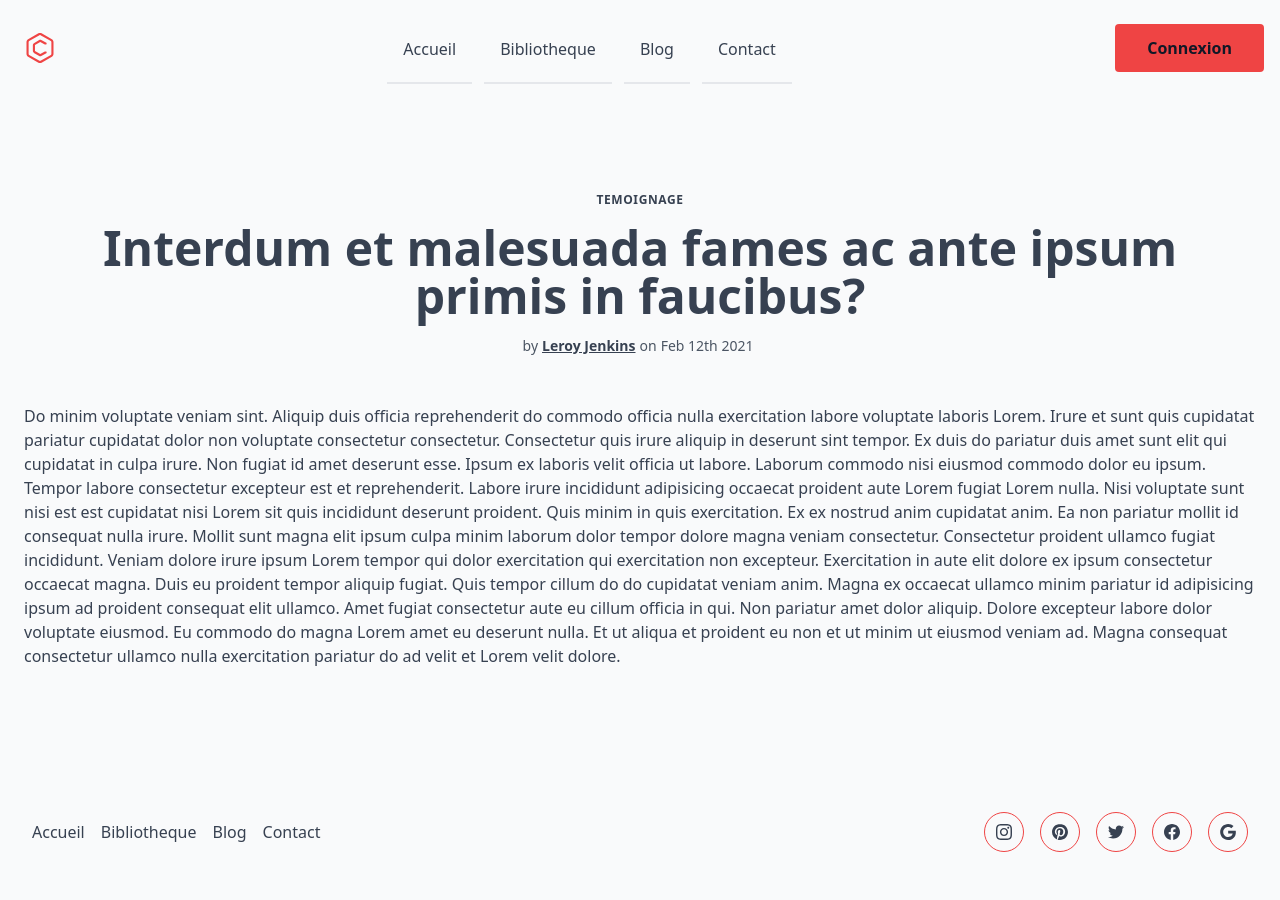
Repository: erulabs243/museum
Page: /stories/un-simple-slug
The author's editor kept a copy of each file at every save. The page is drawn from the files as they stood at one save, then again after the next save.
The browser window is 1280 px wide. The pictures show the whole page.
The project was rebuilt for these pictures with package versions that can differ from the ones it lists, and the page was loaded fresh each time. Also part of the build but not shown: vite.config.js, src/pages/admin/Home.jsx, src/pages/commons/NotFound.jsx, src/components/atoms/TagBadge.jsx, src/components/atoms/MyAudioPlayer.jsx, src/components/atoms/MyVideoPlayer.jsx, src/components/atoms/MediaCard.jsx, src/components/sections/Testimonial.jsx and 15 more.

Above is the page before, as saved 2022-08-10 12:42:58.

### index.html
<!DOCTYPE html>
<html lang="en">
  <head>
    <meta charset="UTF-8" />
    <link rel="icon" type="image/svg+xml" href="/vite.svg" />
    <link rel="stylesheet" href="src/theme/App.css">
    <meta name="viewport" content="width=device-width, initial-scale=1.0" />
    <title>Museum...</title>
  </head>
  <body class="bg-gray-50">
    <div id="root"></div>
    <script type="module" src="/src/main.jsx"></script>
  </body>
</html>

### src/App.jsx
'use strict';

import {BrowserRouter, Route, Routes} from 'react-router-dom';
import { AdminRoutes, CommonsRoutes, UserRoutes, AuthRoutes } from './routes';

const App = () => {
  return (
      <BrowserRouter>
        <Routes>
          {AuthRoutes.map(route => <Route path={route.path} key={route.path} element={route.element} />)}
          {UserRoutes.map(route => <Route path={route.path} key={route.path} element={route.element} />)}
          {AdminRoutes.map(route => <Route path={route.path} key={route.path} element={route.element} />)}
          {CommonsRoutes.map(route => <Route path={route.path} key={route.path} element={route.element} />)}
        </Routes>
      </BrowserRouter>
  );
};

export default App

### src/routes/index.jsx
'use strict';

import AdminRoutes from "./AdminRoutes";
import CommonsRoutes from "./CommonsRoutes";
import UserRoutes from "./UserRoutes";
import AuthRoutes from "./AuthRoutes";

export {UserRoutes, AdminRoutes, CommonsRoutes, AuthRoutes};

### src/routes/AdminRoutes.jsx
'use strict';

import { Home } from "../pages/admin";

const AdminRoutes = [
    {
        path: '/admin',
        element: <Home />
    }
];

export default AdminRoutes;

### src/routes/CommonsRoutes.jsx
'use strict';

import {NotFound} from '../pages/commons';

const CommonsRoutes = [
    {
        path: '*',
        element: <NotFound />
    }
]

export default CommonsRoutes;

### src/routes/UserRoutes.jsx
'use strict';

import {
    Blog,
    Contact,
    Gallery,
    Home,
    Library,
    Podcast,
    Story,
    Testimonials,
    Videos
} from '../pages/user';

const UserRoutes = [
    {
        path: '/',
        element: <Home />
    },
    {
        path: '/contact',
        element: <Contact />
    },
    {
        path: '/library',
        element: <Library />
    },
    {
        path: '/stories',
        element: <Testimonials />
    },
    {
        path: '/stories/:slug',
        element: <Story />
    },
    {
        path: '/gallery',
        element: <Gallery />
    },
    {
        path: '/videos',
        element: <Videos />
    },
    {
        path: '/podcast',
        element: <Podcast />
    },
    {
        path: '/blog',
        element: <Blog />
    }
];

export default UserRoutes;

### src/routes/AuthRoutes.jsx
'use strict';

import {Login} from '../pages/auth';

const AuthRoutes = [
    {
        path: '/login',
        element: <Login />
    }
];

export default AuthRoutes;

### src/pages/admin/index.jsx
'use strict';

import Home from './Home';

export {Home};

### src/pages/commons/index.jsx
'use strict';

import NotFound from './NotFound';

export {NotFound};

### src/pages/user/index.jsx
'use strict';

import Blog from './Blog';
import Contact from './Contact';
import Gallery from './Gallery';
import Library from './Library';
import Podcast from './Podcast';
import Testimonials from './Testimonials';
import Videos from './Videos';
import Home from './Home';
import Story from './Story';

export { Home, Blog, Contact, Gallery, Library, Podcast, Testimonials, Videos, Story };

### src/pages/auth/index.jsx
'use strict';

import Login from "./Login";

export {Login};

### src/pages/user/Story.jsx
'use strict';

import { Navbar, Footer } from '../../components/sections';

const Story = () => {
    return (
        <main>
            <Navbar />

            <article className="max-w-2xl px-6 py-24 mx-auto space-y-12 bg-gray-50 text-gray-700">
                <div className="w-full mx-auto space-y-4 text-center">
                    <p className="text-xs font-semibold tracking-wider uppercase">Temoignage</p>
                    <h1 className="text-4xl font-bold leading-tight md:text-5xl">
                        Interdum et malesuada fames ac ante ipsum primis in faucibus?
                    </h1>
                    <p className="text-sm text-gray-600">
                        by
                        <span className="mx-1 underline text-gray-700 font-semibold">
                            <span itemProp="name">Leroy Jenkins</span>
                        </span>
                        on
                        <time dateTime="2021-02-12 15:34:18-0200" className="mx-1">
                            Feb 12th 2021
                        </time>
                    </p>
                </div>
                <div className="text-gray-700">
                    <p>
                        Do minim voluptate veniam sint. Aliquip duis officia reprehenderit do
                        commodo officia nulla exercitation labore voluptate laboris Lorem. Irure et
                        sunt quis cupidatat pariatur cupidatat dolor non voluptate consectetur
                        consectetur. Consectetur quis irure aliquip in deserunt sint tempor. Ex duis
                        do pariatur duis amet sunt elit qui cupidatat in culpa irure. Non fugiat id
                        amet deserunt esse. Ipsum ex laboris velit officia ut labore. Laborum
                        commodo nisi eiusmod commodo dolor eu ipsum. Tempor labore consectetur
                        excepteur est et reprehenderit. Labore irure incididunt adipisicing occaecat
                        proident aute Lorem fugiat Lorem nulla. Nisi voluptate sunt nisi est est
                        cupidatat nisi Lorem sit quis incididunt deserunt proident. Quis minim in
                        quis exercitation. Ex ex nostrud anim cupidatat anim. Ea non pariatur mollit
                        id consequat nulla irure. Mollit sunt magna elit ipsum culpa minim laborum
                        dolor tempor dolore magna veniam consectetur. Consectetur proident ullamco
                        fugiat incididunt. Veniam dolore irure ipsum Lorem tempor qui dolor
                        exercitation qui exercitation non excepteur. Exercitation in aute elit
                        dolore ex ipsum consectetur occaecat magna. Duis eu proident tempor aliquip
                        fugiat. Quis tempor cillum do do cupidatat veniam anim. Magna ex occaecat
                        ullamco minim pariatur id adipisicing ipsum ad proident consequat elit
                        ullamco. Amet fugiat consectetur aute eu cillum officia in qui. Non pariatur
                        amet dolor aliquip. Dolore excepteur labore dolor voluptate eiusmod. Eu
                        commodo do magna Lorem amet eu deserunt nulla. Et ut aliqua et proident eu
                        non et ut minim ut eiusmod veniam ad. Magna consequat consectetur ullamco
                        nulla exercitation pariatur do ad velit et Lorem velit dolore.
                    </p>
                </div>
            </article>

            <Footer />
        </main>
    );
};

export default Story;

### src/components/sections/index.jsx
'use strict';

import Navbar from './Navbar';
import Footer from './Footer';
import Testimonial from './Testimonial';
import LibraryHeader from './LibraryHeader';
import Pagination from './Pagination';
import Article from './Article';
import Image from './Image';
import Modal from './Modal';

export { Navbar, Footer, Testimonial, LibraryHeader, Pagination, Article, Image, Modal };

### src/components/atoms/index.jsx
'use strict';

import NavLink from './headers/NavLink';
import Button from './headers/Button';
import TagBadge from './TagBadge';
import MyAudioPlayer from './MyAudioPlayer';
import MyVideoPlayer from './MyVideoPlayer';
import MediaCard from './MediaCard';

export { Button, NavLink, TagBadge, MyAudioPlayer, MyVideoPlayer, MediaCard };

### src/components/sections/Navbar.jsx
'use strict';

import { Button, NavLink } from '../atoms';

const setActiveMenu = (menu) => {
    let url = window.location.href;
    url = url.substring(url.lastIndexOf('/') + 1);
    if (['stories', 'podcast', 'gallery', 'videos'].includes(url)) url = 'library';

    return menu == 'home' && url == '' ? true : url.includes(menu);
};

const Navbar = () => {
    return (
        <header className="p-4 sticky top-0 bg-gray-50 text-gray-700">
            <div className="container flex justify-between h-16 mx-auto">
                <a
                    rel="noopener noreferrer"
                    href="#"
                    aria-label="Back to homepage"
                    className="flex items-center p-2">
                    <svg
                        xmlns="http://www.w3.org/2000/svg"
                        fill="currentColor"
                        viewBox="0 0 32 32"
                        className="w-8 h-8 text-red-500">
                        <path d="M27.912 7.289l-10.324-5.961c-0.455-0.268-1.002-0.425-1.588-0.425s-1.133 0.158-1.604 0.433l0.015-0.008-10.324 5.961c-0.955 0.561-1.586 1.582-1.588 2.75v11.922c0.002 1.168 0.635 2.189 1.574 2.742l0.016 0.008 10.322 5.961c0.455 0.267 1.004 0.425 1.59 0.425 0.584 0 1.131-0.158 1.602-0.433l-0.014 0.008 10.322-5.961c0.955-0.561 1.586-1.582 1.588-2.75v-11.922c-0.002-1.168-0.633-2.189-1.573-2.742zM27.383 21.961c0 0.389-0.211 0.73-0.526 0.914l-0.004 0.002-10.324 5.961c-0.152 0.088-0.334 0.142-0.53 0.142s-0.377-0.053-0.535-0.145l0.005 0.002-10.324-5.961c-0.319-0.186-0.529-0.527-0.529-0.916v-11.922c0-0.389 0.211-0.73 0.526-0.914l0.004-0.002 10.324-5.961c0.152-0.090 0.334-0.143 0.53-0.143s0.377 0.053 0.535 0.144l-0.006-0.002 10.324 5.961c0.319 0.185 0.529 0.527 0.529 0.916z"></path>
                        <path d="M22.094 19.451h-0.758c-0.188 0-0.363 0.049-0.515 0.135l0.006-0.004-4.574 2.512-5.282-3.049v-6.082l5.282-3.051 4.576 2.504c0.146 0.082 0.323 0.131 0.508 0.131h0.758c0.293 0 0.529-0.239 0.529-0.531v-0.716c0-0.2-0.11-0.373-0.271-0.463l-0.004-0.002-5.078-2.777c-0.293-0.164-0.645-0.26-1.015-0.26-0.39 0-0.756 0.106-1.070 0.289l0.010-0.006-5.281 3.049c-0.636 0.375-1.056 1.055-1.059 1.834v6.082c0 0.779 0.422 1.461 1.049 1.828l0.009 0.006 5.281 3.049c0.305 0.178 0.67 0.284 1.061 0.284 0.373 0 0.723-0.098 1.027-0.265l-0.012 0.006 5.080-2.787c0.166-0.091 0.276-0.265 0.276-0.465v-0.716c0-0.293-0.238-0.529-0.529-0.529z"></path>
                    </svg>
                </a>
                <ul className="items-stretch hidden space-x-3 lg:flex">
                    <li className="flex">
                        <NavLink
                            link={{ name: 'Accueil', path: '', active: setActiveMenu('home') }}
                        />
                    </li>
                    <li className="flex">
                        <NavLink
                            link={{
                                name: 'Bibliotheque',
                                path: 'stories',
                                active: setActiveMenu('library')
                            }}
                        />
                    </li>
                    <li className="flex">
                        <NavLink
                            link={{ name: 'Blog', path: 'blog', active: setActiveMenu('blog') }}
                        />
                    </li>
                    <li className="flex">
                        <NavLink
                            link={{
                                name: 'Contact',
                                path: 'contact',
                                active: setActiveMenu('contact')
                            }}
                        />
                    </li>
                </ul>
                <div className="items-center flex-shrink-0 hidden lg:flex">
                    {/* <button className="self-center px-8 py-3 rounded">Sign in</button> */}
                    <Button link={{ name: 'Connexion' }} />
                </div>
                <button className="p-4 lg:hidden">
                    <svg
                        xmlns="http://www.w3.org/2000/svg"
                        fill="none"
                        viewBox="0 0 24 24"
                        stroke="currentColor"
                        className="w-6 h-6 text-gray-100">
                        <path
                            strokeLinecap="round"
                            strokeLinejoin="round"
                            strokeWidth="2"
                            d="M4 6h16M4 12h16M4 18h16"></path>
                    </svg>
                </button>
            </div>
        </header>
    );
};

export default Navbar;

### src/components/sections/Footer.jsx
'use strict';

import { Link } from 'react-router-dom';

const Footer = () => {
  return (
    <footer className="bg-gray-50 text-gray-700">
      <div className="container flex flex-col p-4 mx-auto md:p-8 lg:flex-row divide-gray-400">
        <ul className="self-center py-6 space-y-4 text-center sm:flex sm:space-y-0 sm:justify-around sm:space-x-4 lg:flex-1 lg:justify-start">
          <li>
            <Link to="/" className="hover:text-red-500">
              Accueil
            </Link>
          </li>
          <li>
            <Link to="/library" className="hover:text-red-500">
              Bibliotheque
            </Link>
          </li>
          <li>
            <Link to="/blog" className="hover:text-red-500">
              Blog
            </Link>
          </li>
          <li>
            <Link to="/contact" className="hover:text-red-500">
              Contact
            </Link>
          </li>
        </ul>
        <div className="flex flex-col justify-center pt-6 lg:pt-0">
          <div className="flex justify-center space-x-4">
            <a
              rel="noopener noreferrer"
              href="#"
              title="Instagram"
              className="flex items-center justify-center w-8 h-8 rounded-full sm:w-10 sm:h-10 border-red-500 border hover:bg-red-500 hover:text-gray-100 text-gray-700">
              <svg
                xmlns="http://www.w3.org/2000/svg"
                viewBox="0 0 32 32"
                fill="currentColor"
                className="w-4 h-4">
                <path d="M16 0c-4.349 0-4.891 0.021-6.593 0.093-1.709 0.084-2.865 0.349-3.885 0.745-1.052 0.412-1.948 0.959-2.833 1.849-0.891 0.885-1.443 1.781-1.849 2.833-0.396 1.020-0.661 2.176-0.745 3.885-0.077 1.703-0.093 2.244-0.093 6.593s0.021 4.891 0.093 6.593c0.084 1.704 0.349 2.865 0.745 3.885 0.412 1.052 0.959 1.948 1.849 2.833 0.885 0.891 1.781 1.443 2.833 1.849 1.020 0.391 2.181 0.661 3.885 0.745 1.703 0.077 2.244 0.093 6.593 0.093s4.891-0.021 6.593-0.093c1.704-0.084 2.865-0.355 3.885-0.745 1.052-0.412 1.948-0.959 2.833-1.849 0.891-0.885 1.443-1.776 1.849-2.833 0.391-1.020 0.661-2.181 0.745-3.885 0.077-1.703 0.093-2.244 0.093-6.593s-0.021-4.891-0.093-6.593c-0.084-1.704-0.355-2.871-0.745-3.885-0.412-1.052-0.959-1.948-1.849-2.833-0.885-0.891-1.776-1.443-2.833-1.849-1.020-0.396-2.181-0.661-3.885-0.745-1.703-0.077-2.244-0.093-6.593-0.093zM16 2.88c4.271 0 4.781 0.021 6.469 0.093 1.557 0.073 2.405 0.333 2.968 0.553 0.751 0.291 1.276 0.635 1.844 1.197 0.557 0.557 0.901 1.088 1.192 1.839 0.22 0.563 0.48 1.411 0.553 2.968 0.072 1.688 0.093 2.199 0.093 6.469s-0.021 4.781-0.099 6.469c-0.084 1.557-0.344 2.405-0.563 2.968-0.303 0.751-0.641 1.276-1.199 1.844-0.563 0.557-1.099 0.901-1.844 1.192-0.556 0.22-1.416 0.48-2.979 0.553-1.697 0.072-2.197 0.093-6.479 0.093s-4.781-0.021-6.48-0.099c-1.557-0.084-2.416-0.344-2.979-0.563-0.76-0.303-1.281-0.641-1.839-1.199-0.563-0.563-0.921-1.099-1.197-1.844-0.224-0.556-0.48-1.416-0.563-2.979-0.057-1.677-0.084-2.197-0.084-6.459 0-4.26 0.027-4.781 0.084-6.479 0.083-1.563 0.339-2.421 0.563-2.979 0.276-0.761 0.635-1.281 1.197-1.844 0.557-0.557 1.079-0.917 1.839-1.199 0.563-0.219 1.401-0.479 2.964-0.557 1.697-0.061 2.197-0.083 6.473-0.083zM16 7.787c-4.541 0-8.213 3.677-8.213 8.213 0 4.541 3.677 8.213 8.213 8.213 4.541 0 8.213-3.677 8.213-8.213 0-4.541-3.677-8.213-8.213-8.213zM16 21.333c-2.948 0-5.333-2.385-5.333-5.333s2.385-5.333 5.333-5.333c2.948 0 5.333 2.385 5.333 5.333s-2.385 5.333-5.333 5.333zM26.464 7.459c0 1.063-0.865 1.921-1.923 1.921-1.063 0-1.921-0.859-1.921-1.921 0-1.057 0.864-1.917 1.921-1.917s1.923 0.86 1.923 1.917z"></path>
              </svg>
            </a>
            <a
              rel="noopener noreferrer"
              href="#"
              title="Pinterest"
              className="flex items-center justify-center w-8 h-8 rounded-full sm:w-10 sm:h-10 border-red-500 border hover:bg-red-500 hover:text-gray-100 text-gray-700">
              <svg
                xmlns="http://www.w3.org/2000/svg"
                fill="currentColor"
                viewBox="0 0 32 32"
                className="w-4 h-4">
                <path d="M16.021 0c-8.828 0-15.984 7.156-15.984 15.984 0 6.771 4.214 12.552 10.161 14.88-0.141-1.266-0.266-3.203 0.052-4.583 0.292-1.25 1.875-7.943 1.875-7.943s-0.479-0.964-0.479-2.375c0-2.219 1.292-3.88 2.891-3.88 1.365 0 2.026 1.021 2.026 2.25 0 1.37-0.87 3.422-1.323 5.323-0.38 1.589 0.797 2.885 2.365 2.885 2.839 0 5.026-2.995 5.026-7.318 0-3.813-2.75-6.49-6.677-6.49-4.547 0-7.214 3.417-7.214 6.932 0 1.375 0.526 2.854 1.188 3.651 0.13 0.161 0.146 0.302 0.109 0.464-0.12 0.5-0.391 1.599-0.443 1.818-0.073 0.297-0.229 0.359-0.536 0.219-1.99-0.922-3.245-3.839-3.245-6.193 0-5.036 3.667-9.672 10.563-9.672 5.542 0 9.854 3.958 9.854 9.229 0 5.516-3.474 9.953-8.307 9.953-1.62 0-3.141-0.839-3.677-1.839l-1 3.797c-0.359 1.391-1.339 3.135-2 4.193 1.5 0.458 3.078 0.714 4.734 0.714 8.813 0 15.979-7.151 15.979-15.984 0-8.828-7.167-15.979-15.979-15.979z"></path>
              </svg>
            </a>
            <a
              rel="noopener noreferrer"
              href="#"
              title="Twitter"
              className="flex items-center justify-center w-8 h-8 rounded-full sm:w-10 sm:h-10 border-red-500 border hover:bg-red-500 hover:text-gray-100 text-gray-700">
              <svg
                xmlns="http://www.w3.org/2000/svg"
                fill="currentColor"
                viewBox="0 0 32 32"
                className="w-4 h-4">
                <path d="M31.937 6.093c-1.177 0.516-2.437 0.871-3.765 1.032 1.355-0.813 2.391-2.099 2.885-3.631-1.271 0.74-2.677 1.276-4.172 1.579-1.192-1.276-2.896-2.079-4.787-2.079-3.625 0-6.563 2.937-6.563 6.557 0 0.521 0.063 1.021 0.172 1.495-5.453-0.255-10.287-2.875-13.52-6.833-0.568 0.964-0.891 2.084-0.891 3.303 0 2.281 1.161 4.281 2.916 5.457-1.073-0.031-2.083-0.328-2.968-0.817v0.079c0 3.181 2.26 5.833 5.26 6.437-0.547 0.145-1.131 0.229-1.724 0.229-0.421 0-0.823-0.041-1.224-0.115 0.844 2.604 3.26 4.5 6.14 4.557-2.239 1.755-5.077 2.801-8.135 2.801-0.521 0-1.041-0.025-1.563-0.088 2.917 1.86 6.36 2.948 10.079 2.948 12.067 0 18.661-9.995 18.661-18.651 0-0.276 0-0.557-0.021-0.839 1.287-0.917 2.401-2.079 3.281-3.396z"></path>
              </svg>
            </a>
            <a
              rel="noopener noreferrer"
              href="#"
              title="Facebook"
              className="flex items-center justify-center w-8 h-8 rounded-full sm:w-10 sm:h-10 border-red-500 border hover:bg-red-500 hover:text-gray-100 text-gray-700">
              <svg
                xmlns="http://www.w3.org/2000/svg"
                fill="currentColor"
                viewBox="0 0 32 32"
                className="w-4 h-4">
                <path d="M32 16c0-8.839-7.167-16-16-16-8.839 0-16 7.161-16 16 0 7.984 5.849 14.604 13.5 15.803v-11.177h-4.063v-4.625h4.063v-3.527c0-4.009 2.385-6.223 6.041-6.223 1.751 0 3.584 0.312 3.584 0.312v3.937h-2.021c-1.984 0-2.604 1.235-2.604 2.5v3h4.437l-0.713 4.625h-3.724v11.177c7.645-1.199 13.5-7.819 13.5-15.803z"></path>
              </svg>
            </a>
            <a
              rel="noopener noreferrer"
              href="#"
              title="Gmail"
              className="flex items-center justify-center w-8 h-8 rounded-full sm:w-10 sm:h-10 border-red-500 border hover:bg-red-500 hover:text-gray-100 text-gray-700">
              <svg
                xmlns="http://www.w3.org/2000/svg"
                fill="currentColor"
                viewBox="0 0 32 32"
                className="w-4 h-4">
                <path d="M16.318 13.714v5.484h9.078c-0.37 2.354-2.745 6.901-9.078 6.901-5.458 0-9.917-4.521-9.917-10.099s4.458-10.099 9.917-10.099c3.109 0 5.193 1.318 6.38 2.464l4.339-4.182c-2.786-2.599-6.396-4.182-10.719-4.182-8.844 0-16 7.151-16 16s7.156 16 16 16c9.234 0 15.365-6.49 15.365-15.635 0-1.052-0.115-1.854-0.255-2.651z"></path>
              </svg>
            </a>
          </div>
        </div>
      </div>
    </footer>
  );
};

export default Footer;

### src/components/atoms/headers/NavLink.jsx
'use strict';

import { Link } from 'react-router-dom';

const NavLink = ({ link = {} }) => {
  return (
    <Link
      rel="noopener noreferrer"
      to={`/${link.path}`}
      className={
        link.active
          ? 'flex items-center px-4 -mb-1 border-b-2 dark:border-transparent dark:text-red-500 dark:border-red-500'
          : 'flex items-center px-4 -mb-1 border-b-2 dark:border-transparent'
      }>
      {link.name}
    </Link>
  );
};

export default NavLink;

### src/components/atoms/headers/Button.jsx
'use strict';

const Button = ({ link = {} }) => {
  return (
    <button className="self-center px-8 py-3 font-semibold rounded bg-red-500 text-gray-900">
      {link.name}
    </button>
  );
};

export default Button;

Loaded but not shown: src/main.jsx (common file); src/theme/App.css (2450 lines, source omitted)

After the next save:
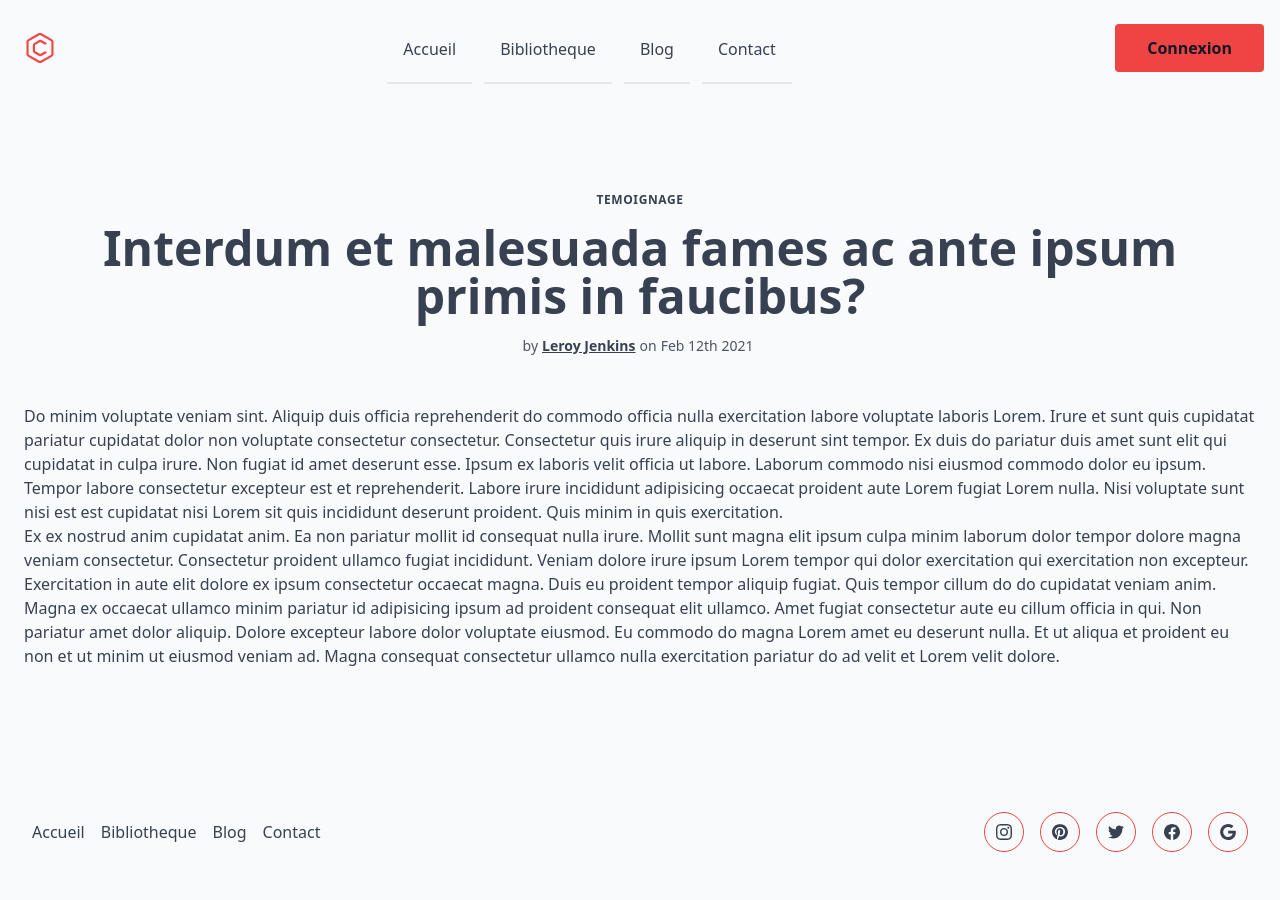
Saved 17 s later.
--- a/src/pages/user/Story.jsx
+++ b/src/pages/user/Story.jsx
@@ -36,10 +36,10 @@ const Story = () => {
                         excepteur est et reprehenderit. Labore irure incididunt adipisicing occaecat
                         proident aute Lorem fugiat Lorem nulla. Nisi voluptate sunt nisi est est
                         cupidatat nisi Lorem sit quis incididunt deserunt proident. Quis minim in
-                        quis exercitation. Ex ex nostrud anim cupidatat anim. Ea non pariatur mollit
-                        id consequat nulla irure. Mollit sunt magna elit ipsum culpa minim laborum
-                        dolor tempor dolore magna veniam consectetur. Consectetur proident ullamco
-                        fugiat incididunt. Veniam dolore irure ipsum Lorem tempor qui dolor
+                        quis exercitation. <br /> Ex ex nostrud anim cupidatat anim. Ea non pariatur
+                        mollit id consequat nulla irure. Mollit sunt magna elit ipsum culpa minim
+                        laborum dolor tempor dolore magna veniam consectetur. Consectetur proident
+                        ullamco fugiat incididunt. Veniam dolore irure ipsum Lorem tempor qui dolor
                         exercitation qui exercitation non excepteur. Exercitation in aute elit
                         dolore ex ipsum consectetur occaecat magna. Duis eu proident tempor aliquip
                         fugiat. Quis tempor cillum do do cupidatat veniam anim. Magna ex occaecat
